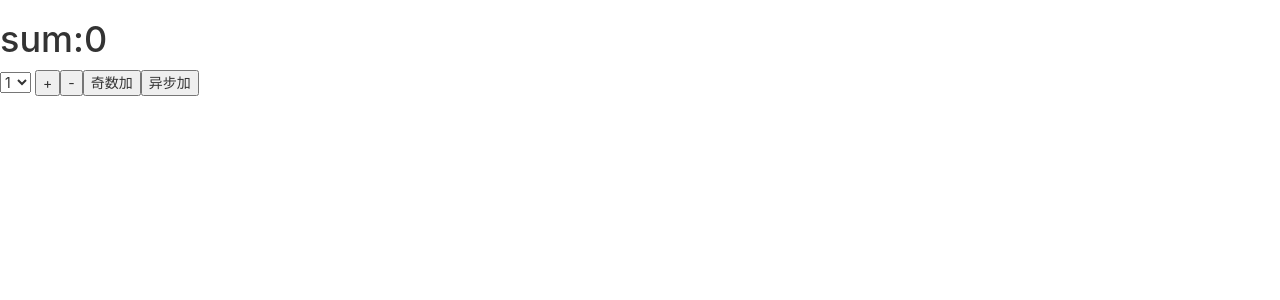
Repository: Shanshan67/React_a
Page: /
An editor plug-in stored every save of this project. The page is shown before and after the next save, followed by the edit.
The browser window is 1280 px wide. The pictures show the whole page.
The project was rebuilt for these pictures with package versions that can differ from the ones it lists, and the page was loaded fresh each time.

Above is the page before, as saved 2022-12-07 22:41:39.

After the next save:
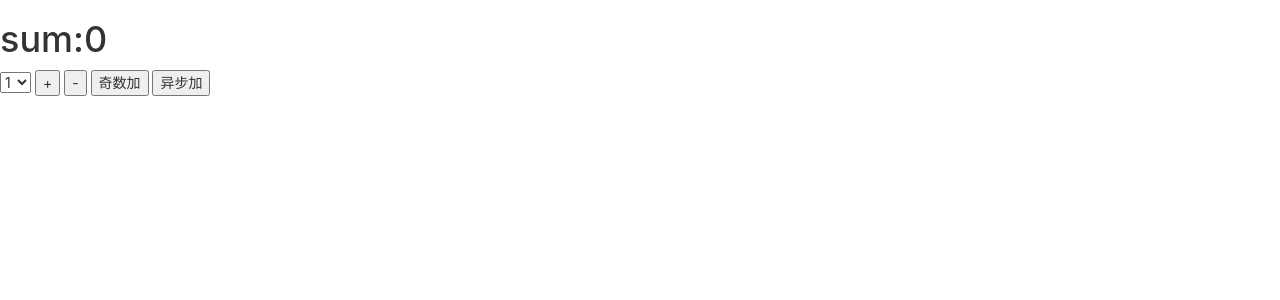
Saved 17 s later.
--- a/src/components/Count/index.jsx
+++ b/src/components/Count/index.jsx
@@ -10,10 +10,10 @@ export default class Count extends Component {
                 <option value="2">2</option>
                 <option value="3">3</option>
             </select>&nbsp;
-            <button>+</button>
-            <button>-</button>
-            <button>奇数加</button>
-            <button>异步加</button>
+            <button>+</button>&nbsp;
+            <button>-</button>&nbsp;
+            <button>奇数加</button>&nbsp;
+            <button>异步加</button>&nbsp;
         </div>
     )
     }
